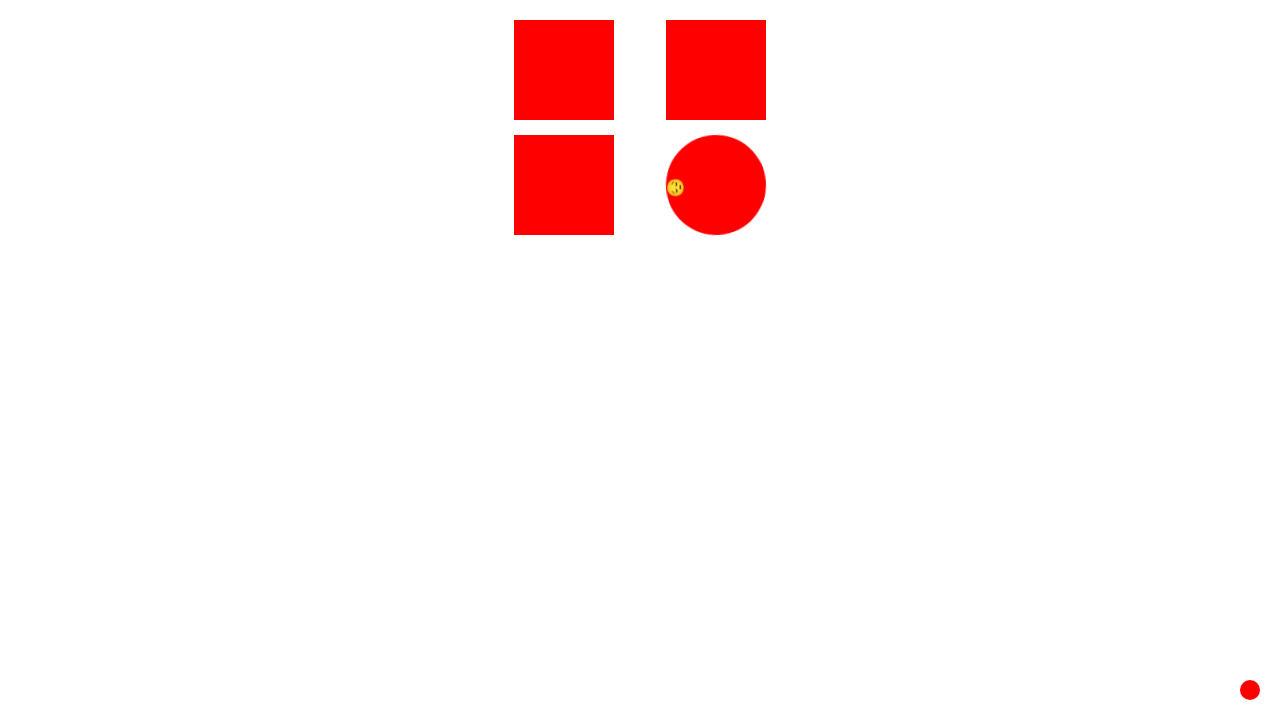
Repository: liuguangqing/tab-scroll-
Page: index14.html
These files come from the project's save history. The page is drawn as it stood at one moment and after the next save; the edit follows.
The browser window is 1280 px wide. The pictures show the whole page.
The style sheet was rebuilt from its Sass, Less or Tailwind sources for each picture, by a compiler version that may differ from the author's.

Above is the page before, as saved 2018-07-04 14:51:41.

### index14.html
<!DOCTYPE html>
<html lang="en">

<head>
    <meta charset="UTF-8">
    <meta name="viewport" content="width=device-width, initial-scale=1.0">
    <meta http-equiv="X-UA-Compatible" content="ie=edge">
    <title>Document</title>
    <link rel="stylesheet" href="css/jquery.fullPage.css">
    <link rel="stylesheet" href="css/index14.css">
    <style>
    </style>
</head>

<body>
    <a href="#"></a>
    <div id="dowebok">
        <div class="section onescreen">
            <!-- <h3 class="onecon">第一屏</h3> -->
            <div class="contain">
                <div class="chilbox1"></div>
                <div class="chilbox2"></div>
                <div class="chilbox3"></div>
                <div class="chilbox4">😔</div>
            </div>
        </div>
        <div class="section twoscreen">
            <h3 class="twocon">第二屏</h3>
        </div>
        <div class="section">
            <h3>第三屏</h3>
            <!-- <div class="slide">第二屏 >>>>>> 第一屏</div>
            <div class="slide">第二屏 >>>>>> 第一屏</div>
            <div class="slide">第二屏 >>>>>> 第一屏</div> -->
        </div>
        <div class="section">
            <h3>第四屏</h3>
        </div>
    </div>
</body>
<script src="js/jquery-1.8.3.min.js"></script>
<script src="js/jquery.fullPage.min.js"></script>
<script>
    $(function () {
        $('body').show()
        $('#dowebok').fullpage({
            'resize': true,
            // 'sectionsColor': ['#1bbc9b', '#4BBFC3', '#7BAABE', '#f90'],
            'scrollingSpeed': 600,
            'scrollOverflow': true,
            'continuousVertical': true,
            'css3': true,
            // 滑动快
            'afterLoad': function (anchorLink, index) {
                console.log(index + 'afterLoad');
                if (index == 1) {
                    $('.onecon').addClass('tns_scale_15')
                } else if (index == 2) {
                    // $('.twocon').animate({
                    //     // left: 0,
                    //     opacity:1
                    // })
                    $('.twocon').addClass('tns_scale_15')
                }
            },
            'onLeave': function (index) {
                console.log(index + 'onLeave');
                if (index == 1) {
                    $('.onecon').removeClass('tns_scale_15');
                    $('.chilbox1').animate({
                    top: '-120px',
                    left: '-20px'
                }, 800, function () {
                    $('.chilbox2').animate({
                        top: '-120px',
                        left: '110%'
                    }, 800, function () {
                        $('.chilbox3').animate({
                            top: '400px',
                            left: '-20px'
                        }, 800, function () {
                            $('.chilbox4').animate({
                                top: '400px',
                                left: '110%'
                            }, 800, function () {

                            })
                        })
                    })
                })
                } else if (index == 2) {
                    // $('.twocon').animate({
                    //     left: 200,
                    //     opacity:0
                    // },1500,'swing')
                    $('.twocon').removeClass('tns_scale_15')
                }
            },
            'afterRender': function () {
                // 可当作第一页的回调函数
                $('.onecon').addClass('tns_scale_15')
                $('.chilbox1').animate({
                    top: '20px',
                    left: '48%'
                }, 800, function () {
                    $('.chilbox2').animate({
                        top: '20px',
                        left: '52%'
                    }, 800, function () {
                        $('.chilbox3').animate({
                            top: '135px',
                            left: '48%'
                        }, 800, function () {
                            $('.chilbox4').animate({
                                top: '135px',
                                left: '52%'
                            }, 800, function () {
                                console.log(11)
                                $('.chilbox4').css({'transform':'rotate(360deg)'})
                            })
                        })
                    })
                })
            },
            // 滑动子块
            'afterSlideLoad': function (anchorLink, index, slideIndex, direction) {
                console.log(index + ">>" + slideIndex + 'afterSlideLoad')
            }
        });
    })
</script>

</html>

### css/index14.less
* {
    text-align: center;
    margin: 0 ;
    padding: 0;
}
body{
    display: none;
}
.section{
    position: relative;
}
.twocon,.onecon {
    /* left: 200px; */
    opacity: 0;
    transition: all 1s ;
    transform: scale(10)
}
.tns_scale_15{
    opacity: 1;
    transform: scale(2)
}
@keyframes rotates{
    0%{
        transform: rotate(0deg)
    }
    100%{
        transform: rotate(360deg)
    }
}
.onescreen{
    background-color: #fff;
    .contain {
        div {
            position: absolute;
            height: 100px ;
            width: 100px ;
            background-color: red;

        }
        & > div:nth-of-type(odd){
            top: 20px;
            left: calc(50%-2);
            transform: translateX(-100%)
        }
        & > div:nth-of-type(even){
            left: calc(50%+2);
            top: 20px;
        }
        & > div:nth-of-type(n+3){
            top: 135px;
        }
        & > div:nth-of-type(4){
            border-radius: 100%;
            transform: rotate(0deg);
            animation: rotates 2s linear 0s infinite;
        }
    }
}
// #dowebok > div:nth-of-type(1){
//     background: url('https://ss0.baidu.com/94o3dSag_xI4khGko9WTAnF6hhy/image/h%3D300/sign=1d071b503501213fd03348dc64e636f8/fc1f4134970a304eb5088f73ddc8a786c9175c14.jpg') no-repeat center center / cover;

// }
// #dowebok > div:nth-of-type(2){
//     background: url('https://ss3.baidu.com/-fo3dSag_xI4khGko9WTAnF6hhy/image/h%3D300/sign=1bc340c50e087bf462ec51e9c2d2575e/37d3d539b6003af33cd1a3ee392ac65c1138b6d0.jpg') no-repeat center center / cover ;

// }
// #dowebok > div:nth-of-type(3){
//     background: url('https://ss3.baidu.com/-fo3dSag_xI4khGko9WTAnF6hhy/image/h%3D300/sign=4ea14b842a9759ee555066cb82fa434e/0dd7912397dda144eb6f433bbeb7d0a20df486d0.jpg') no-repeat center center / cover ;

// }
// #dowebok > div:nth-of-type(4){
//     background: url('https://f.51fanbei.com/h5/app/activity/2018/06/huanmeiresist_bg.png') no-repeat center center / cover ;

// }
a{
    position: fixed;
    bottom: 20px ;
    right: 20px ;
    width: 20px ;
    height: 20px ;
    background-color: red ;
    z-index: 99;
    border-radius: 100%;
}

Loaded but not shown: css/jquery.fullPage.css (library); js/jquery-1.8.3.min.js (library); js/jquery.fullPage.min.js (library)

After the next save:
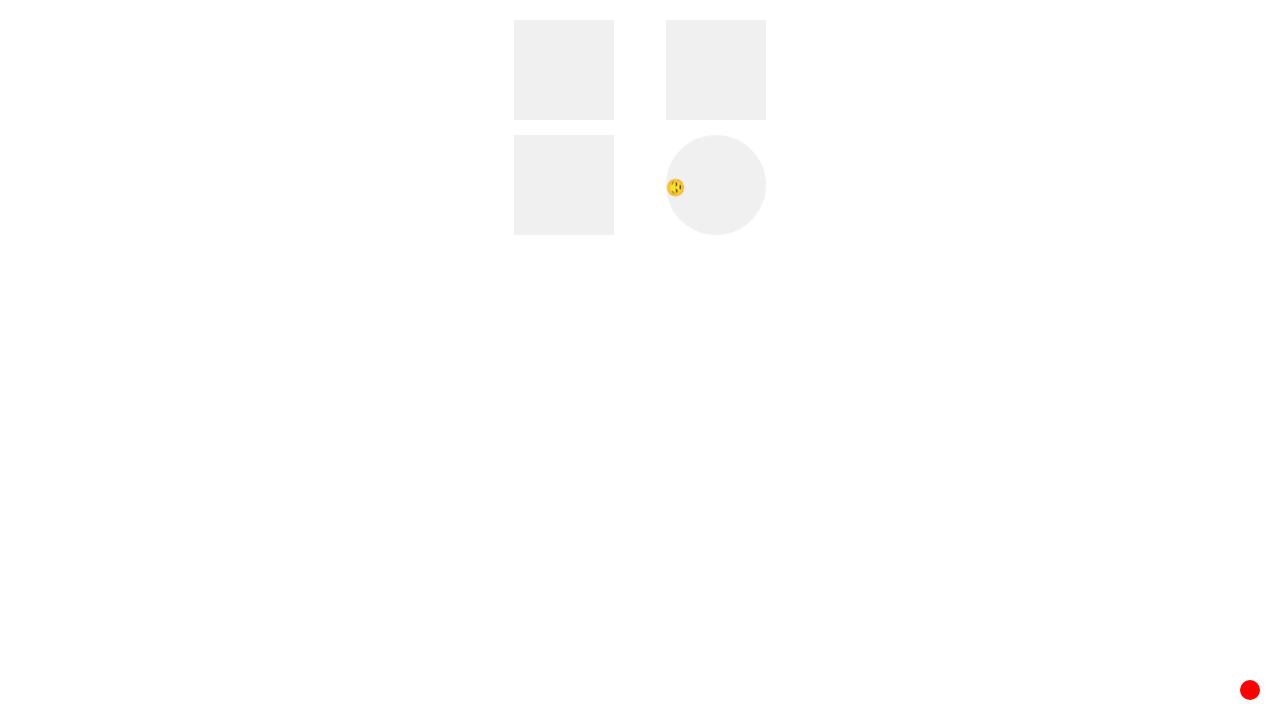
Saved 19 s later.
--- a/css/index14.less
+++ b/css/index14.less
@@ -34,7 +34,7 @@ body{
             position: absolute;
             height: 100px ;
             width: 100px ;
-            background-color: red;
+            background-color: #f0f0f0;
 
         }
         & > div:nth-of-type(odd){
